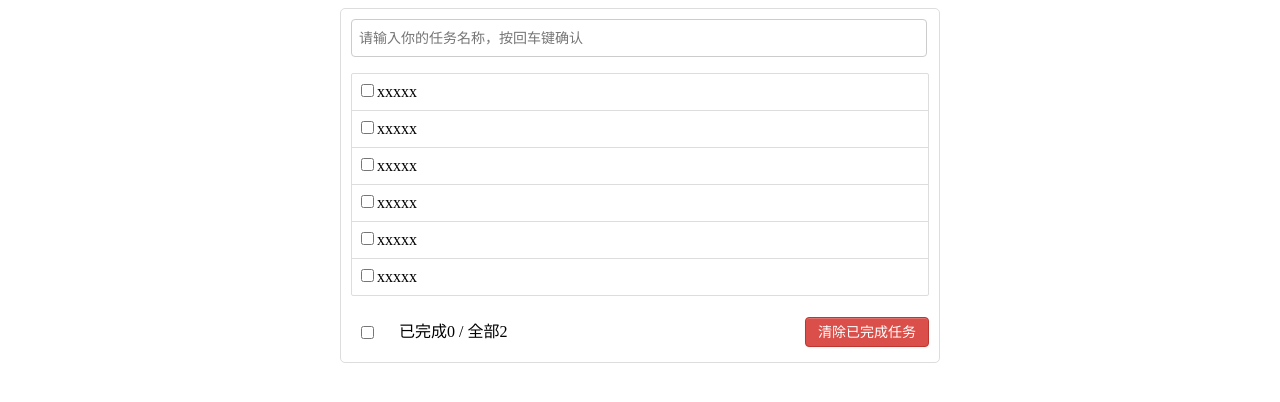
Repository: 1830734817/LabEx1_ReactSimpleWeb
Page: /
An editor plug-in stored every save of this project. The page is shown before and after the next save, followed by the edit.
The browser window is 1280 px wide. The pictures show the whole page.
The project was rebuilt for these pictures with package versions that can differ from the ones it lists, and the page was loaded fresh each time.

Above is the page before, as saved 2022-03-15 21:05:39.

### public/index.html
<!DOCTYPE html>
<html lang="en">
<head>
    <meta charset="UTF-8">
    <link rel="icon" href="%PUBLIC_URL%/favicon.ico" />
    <title>react脚手架</title>
</head>
<body>
    <div id="root">

    </div>
</body>
</html>

### src/index.js
//引入react核心库
import React from 'react'
//引入reactDOM
import ReactDOM from 'react-dom'
//引入App组件
import App from './App'

//渲染App组件到页面
ReactDOM.render(<App/>,document.getElementById('root'));

### src/App.js
import React, { Component } from 'react'
import Header from './components/Header'
import List from './components/List'
import Footer from './components/Footer'
import './App.css'

export default class App extends Component {

  //初始化状态
  state = {
    todos:[
      {id:'001',name:'吃饭',done:true},
      {id:'002',name:'睡觉',done:true},
      {id:'003',name:'打代码',done:false}
    ]
  }



  render() {
    const todos=this.state
    return (
        <div className="todo-container">
        <div className="todo-wrap">
          <Header todos={todos}/>
          <List todos={todos}/>
          <Footer/>
        </div>
      </div>
    )
  }
}

### src/components/Header/index.jsx
import React, { Component } from 'react'
import './index.css'

export default class Header extends Component {
  render() {
    console.log(this.props.a)
    return (
    <div className="todo-header">
      <input type="text" placeholder="请输入你的任务名称，按回车键确认"/>
    </div>
    )
  }
}

### src/components/List/index.jsx
import React, { Component } from 'react'
import Item from '../Item/Item'
import './index.css'

export default class List extends Component {
  render() {
    console.log(this.props.b)
    return (
      <ul className="todo-main">
        <Item/>
        <Item/>
        <Item/>
        <Item/>
        <Item/>
        <Item/>
      </ul>
    )
  }
}

### src/components/Footer/index.jsx
import React, { Component } from 'react'
import './index.css'

export default class footer extends Component {
  render() {
    return (
    <div className="todo-footer">
      <label>
        <input type="checkbox"/>
      </label>
      <span>
        <span>已完成0</span> / 全部2
      </span>
      <button className="btn btn-danger">清除已完成任务</button>
    </div>
    )
  }
}

### src/App.css
/*base*/
body {
    background: #fff;
  }

  .btn {
    display: inline-block;
    padding: 4px 12px;
    margin-bottom: 0;
    font-size: 14px;
    line-height: 20px;
    text-align: center;
    vertical-align: middle;
    cursor: pointer;
    box-shadow: inset 0 1px 0 rgba(255, 255, 255, 0.2), 0 1px 2px rgba(0, 0, 0, 0.05);
    border-radius: 4px;
  }

  .btn-danger {
    color: #fff;
    background-color: #da4f49;
    border: 1px solid #bd362f;
  }

  .btn-danger:hover {
    color: #fff;
    background-color: #bd362f;
  }

  .btn:focus {
    outline: none;
  }

  .todo-container {
    width: 600px;
    margin: 0 auto;
  }
  .todo-container .todo-wrap {
    padding: 10px;
    border: 1px solid #ddd;
    border-radius: 5px;
  }

### src/components/Header/index.css
  /*header*/
  .todo-header input {
    width: 560px;
    height: 28px;
    font-size: 14px;
    border: 1px solid #ccc;
    border-radius: 4px;
    padding: 4px 7px;
  }

  .todo-header input:focus {
    outline: none;
    border-color: rgba(82, 168, 236, 0.8);
    box-shadow: inset 0 1px 1px rgba(0, 0, 0, 0.075), 0 0 8px rgba(82, 168, 236, 0.6);
  }

### src/components/Item/Item.jsx
import React, { Component } from 'react'
import './Item.css'

export default class Item extends Component {
  render() {
    return (
    <li>
        <label>
            <input type="checkbox"/>
            <span>xxxxx</span>
        </label>
        <button className="btn btn-danger" style={{display:'none'}}>删除</button>
    </li>
    )
  }
}

### src/components/List/index.css
  /*main*/
  .todo-main {
    margin-left: 0px;
    border: 1px solid #ddd;
    border-radius: 2px;
    padding: 0px;
  }

  .todo-empty {
    height: 40px;
    line-height: 40px;
    border: 1px solid #ddd;
    border-radius: 2px;
    padding-left: 5px;
    margin-top: 10px;
  }

### src/components/Footer/index.css
 /*footer*/
 .todo-footer {
    height: 40px;
    line-height: 40px;
    padding-left: 6px;
    margin-top: 5px;
  }

  .todo-footer label {
    display: inline-block;
    margin-right: 20px;
    cursor: pointer;
  }

  .todo-footer label input {
    position: relative;
    top: -1px;
    vertical-align: middle;
    margin-right: 5px;
  }

  .todo-footer button {
    float: right;
    margin-top: 5px;
  }

### src/components/Item/Item.css

  /*item*/
  li {
    list-style: none;
    height: 36px;
    line-height: 36px;
    padding: 0 5px;
    border-bottom: 1px solid #ddd;
  }

  li label {
    float: left;
    cursor: pointer;
  }

  li label li input {
    vertical-align: middle;
    margin-right: 6px;
    position: relative;
    top: -1px;
  }

  li button {
    float: right;
    display: none;
    margin-top: 3px;
  }

  li:before {
    content: initial;
  }

  li:last-child {
    border-bottom: none;
  }

After the next save:
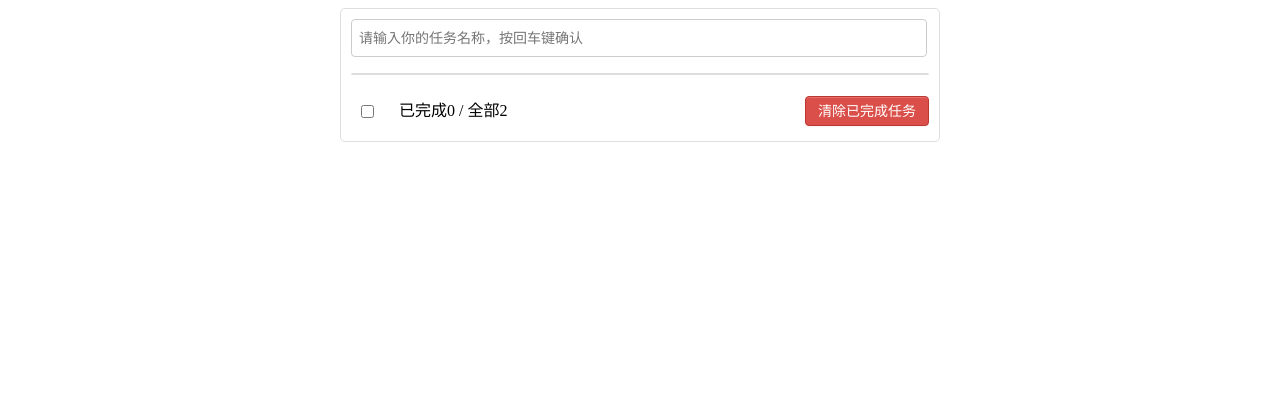
Saved 54 s later.
--- a/src/components/List/index.jsx
+++ b/src/components/List/index.jsx
@@ -4,15 +4,10 @@ import './index.css'
 
 export default class List extends Component {
   render() {
-    console.log(this.props.b)
+    const {todos}=this.props
     return (
       <ul className="todo-main">
-        <Item/>
-        <Item/>
-        <Item/>
-        <Item/>
-        <Item/>
-        <Item/>
+
       </ul>
     )
   }
